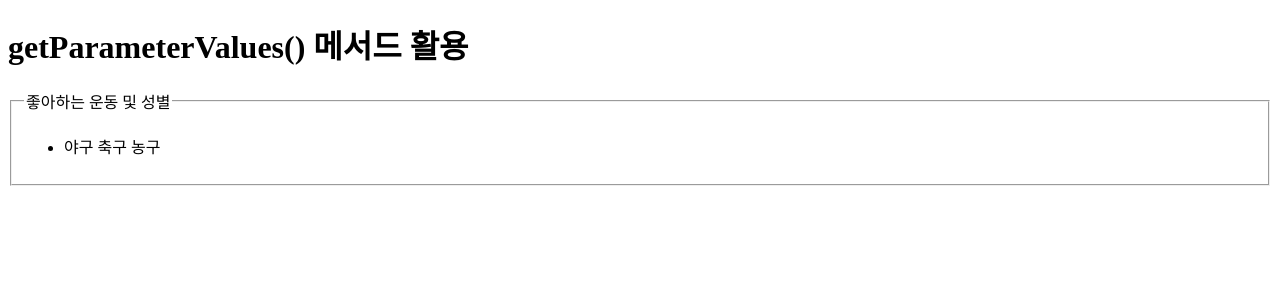
Repository: ghs0814/jsp-workspace
Page: http://localhost/ServletProject/login/Sport.jsp
The author's editor kept a copy of each file at every save. The page is drawn from the files as they stood at one save, then again after the next save.
The browser window is 1280 px wide. The pictures show the whole page.
The page is served by Tomcat 9. Other server files are loaded and not shown.

Above is the page before, as saved 2026-05-20 04:03:37.

### ServletProject/src/main/webapp/login/Sport.jsp
<%@ page language="java" contentType="text/html; charset=UTF-8"
    pageEncoding="UTF-8"%>
<!DOCTYPE html>
<html>
<head>
<meta charset="UTF-8">
<title></title>
</head>
<body>
	<h1>getParameterValues() 메서드 활용</h1>
	<form action="Sport" method="post">
		<fieldset>
			<legend> 좋아하는 운동 및 성별 </legend>
				<ul>
					<li>
						<label>야구</label>
						<label>축구</label>
						<label>농구</label>
					</li>
				</ul>
		</fieldset>

	</form>
</body>
</html>

After the next save:
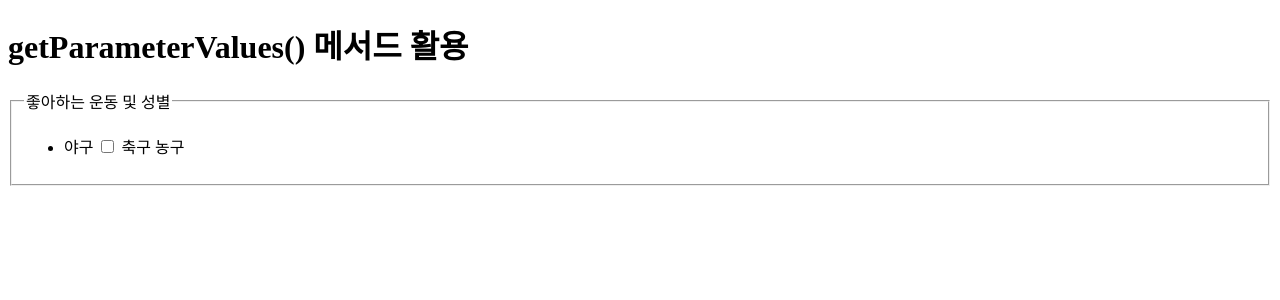
Saved 23 s later.
--- a/ServletProject/src/main/webapp/login/Sport.jsp
+++ b/ServletProject/src/main/webapp/login/Sport.jsp
@@ -14,6 +14,7 @@
 				<ul>
 					<li>
 						<label>야구</label>
+						<input type="checkbox" name="sports" value="야구">
 						<label>축구</label>
 						<label>농구</label>
 					</li>
